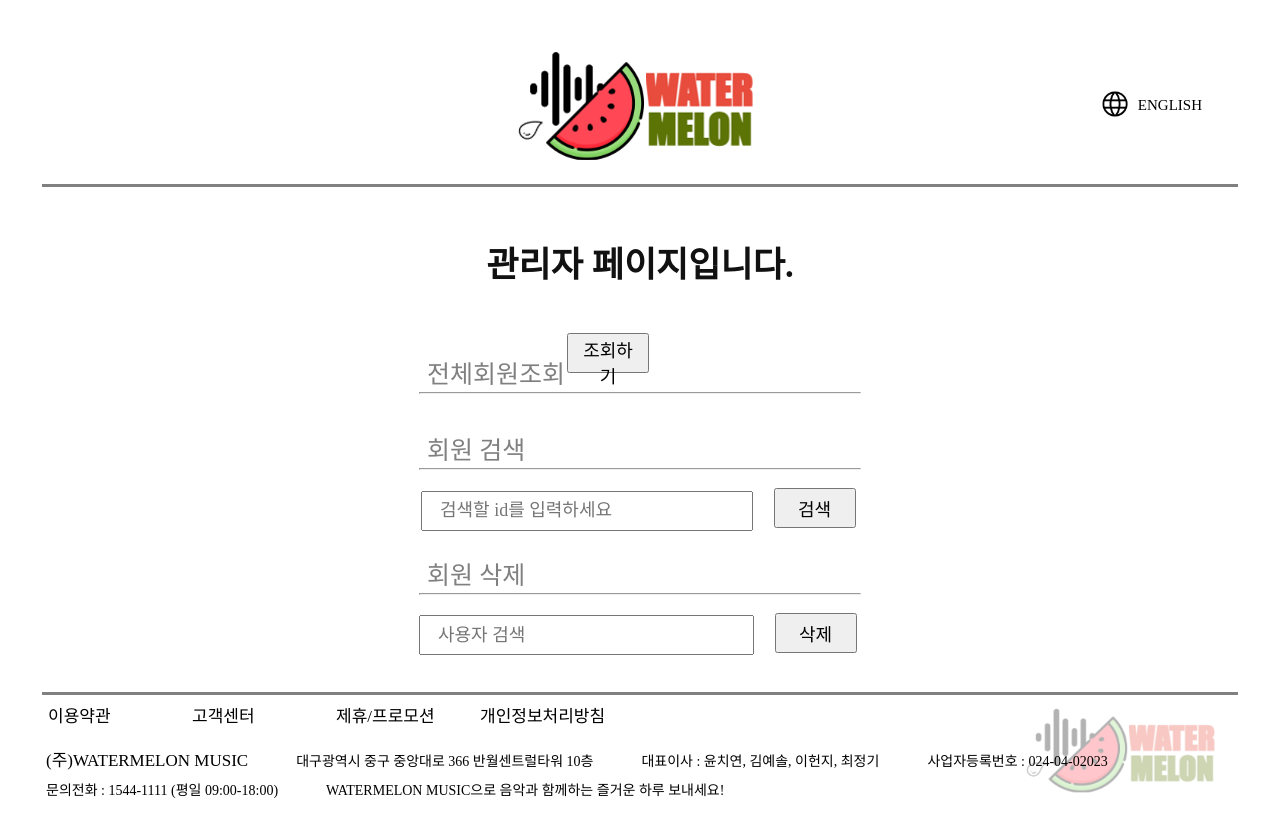
Repository: anchobb/TEAM_STS
Page: http://localhost/PJ_TEAM01/WEB-INF/views/member/member.jsp
An editor plug-in stored every save of this project. The page is shown before and after the next save, followed by the edit.
The browser window is 1280 px wide. The pictures show the whole page.
Some web fonts or font styles are not loaded; a fallback is used. Some web libraries are served in a nearby version. The page is served by Tomcat 9. Nobody is signed in. The template is opened directly, without the code that normally fills it, so the values that code supplies are empty.

Above is the page before, as saved 2023-09-11 05:27:13.

After the next save:
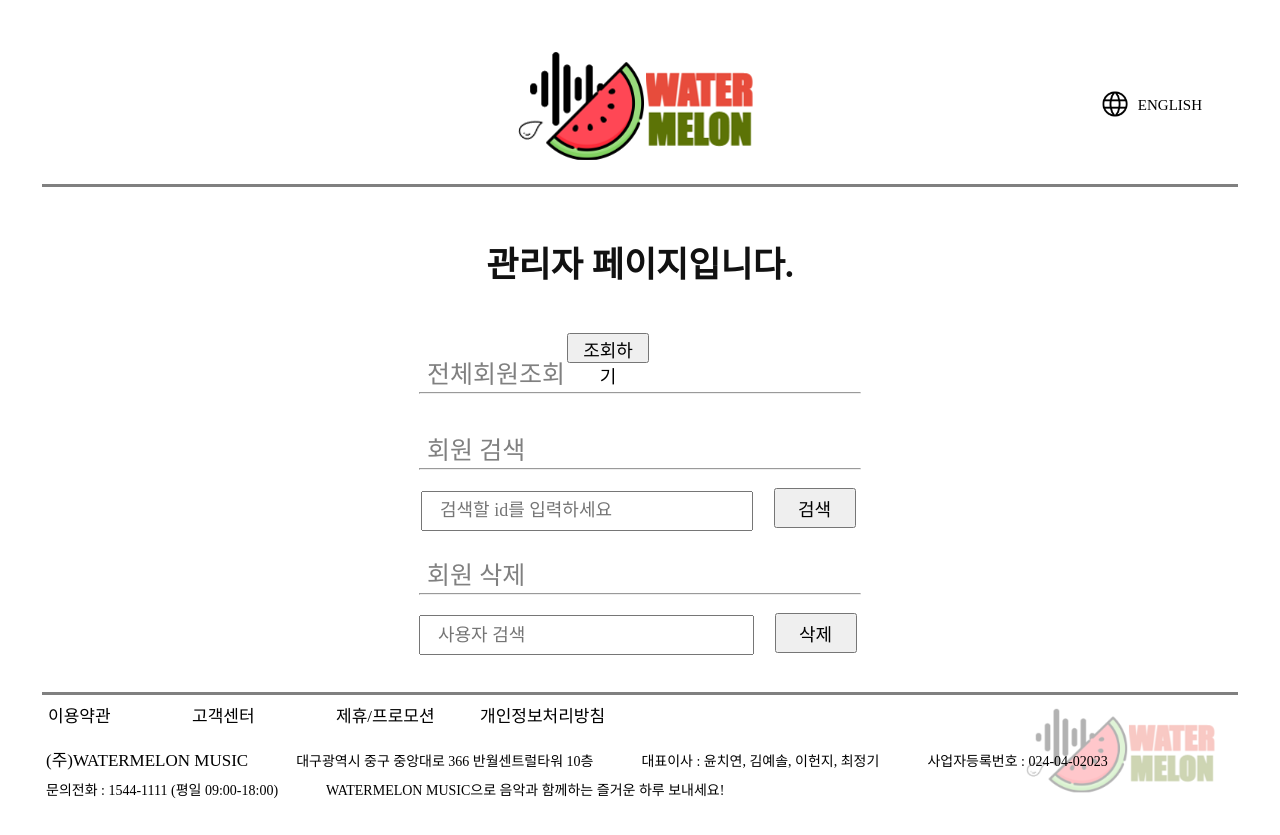
Saved 24 s later.
--- a/PJ_TEAM01/src/main/webapp/resources/static/css/member_Page.css
+++ b/PJ_TEAM01/src/main/webapp/resources/static/css/member_Page.css
@@ -50,12 +50,12 @@
 
 	.member .title>.alluser{
 		width: 82px;
-        height: 40px;
+        height: 30px;
         font-size: 18px;
         cursor: pointer;
 
-        margin-right: 0px;
 	}
+
     .member form .oneuser, .removeuser{
         width: 82px;
         height: 40px;
